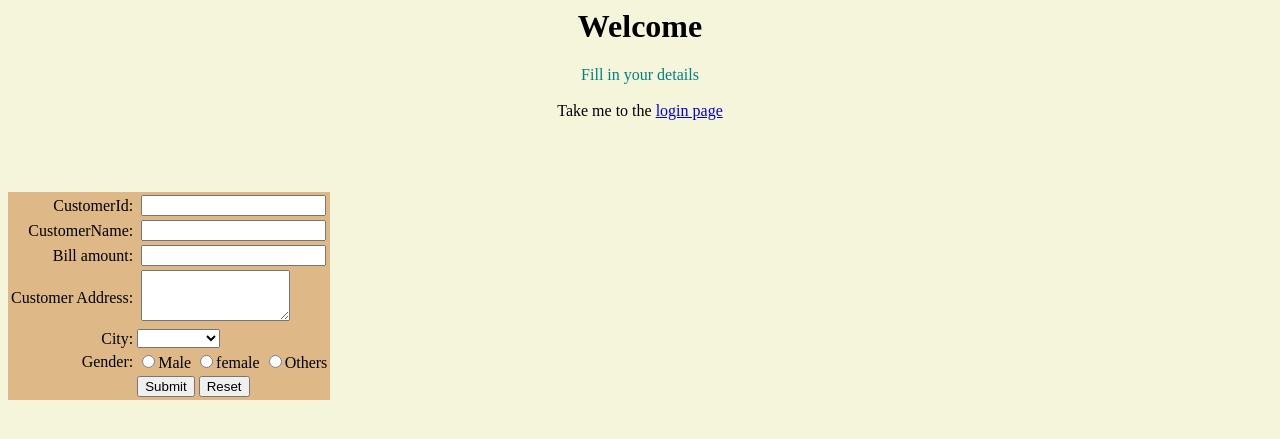
Repository: Rama-13/LaunchPadAllFiles
Page: java-workspace/CustomerJSP/CustomerDetails.html
An editor plug-in stored every save of this project. The page is shown before and after the next save, followed by the edit.
The browser window is 1280 px wide. The pictures show the whole page.

Above is the page before, as saved 2019-07-30 06:02:40.

### java-workspace/CustomerJSP/CustomerDetails.html
<html>

<head>

<h1>Welcome</h1>

</head>

<body bgcolor = "beige" align = "center">

  <font face = "apercu" color = "teal">Fill in your details</font></br></br>

  Take me to the <a href = "Login1.html">login page</a>

  <form action = "https://www.google.com" align = "center">

    <table bgcolor = "burlywood">

  <tr><td align = "right">CustomerId: </td>

    <td>&nbsp;<input type = "text" id="customerId" name= "customerId"></td></tr></br>

  <tr><td align = "right">CustomerName:</td>

    <td>&nbsp;<input type = "text" id = "customerName" name = "customerName"></td></tr></br>

  <tr><td align = "right">Bill amount: </td>

    <td>&nbsp;<input type = "text" id = "billAmount" name = "billAmount"></td></tr>

  <tr><td align = "right" id = "customerAddress" name = "customerAddress">Customer Address:</td>

    <td>&nbsp;<textarea rows = "3" cols="16"></textarea></td></tr>

  <tr><td align = "right">City:</td>&nbsp;<td><select>

    <option></option>

    <option value = "Bangalore">Bangalore</option>

    <option value = "Mumbai">Mumbai</option>

    <option value = "Chennai">Chennai</option>

    <option value = "New Delhi">New Delhi</option>

  </select>

  <tr><td align = "right">Gender:</td><td><input type = "radio" value = "male" name = "male">Male

    <input type = "radio" value = "female" name = "male">female

    <input type = "radio" value = "others" name = "male">Others</td></tr></br>

    <tr><td></td><td><input type = "submit" id = "submit" name = "submit">

    <input type = "reset" id = "reset" name = "reset"></td></tr></br>

</form>

</body>

</html>

After the next save:
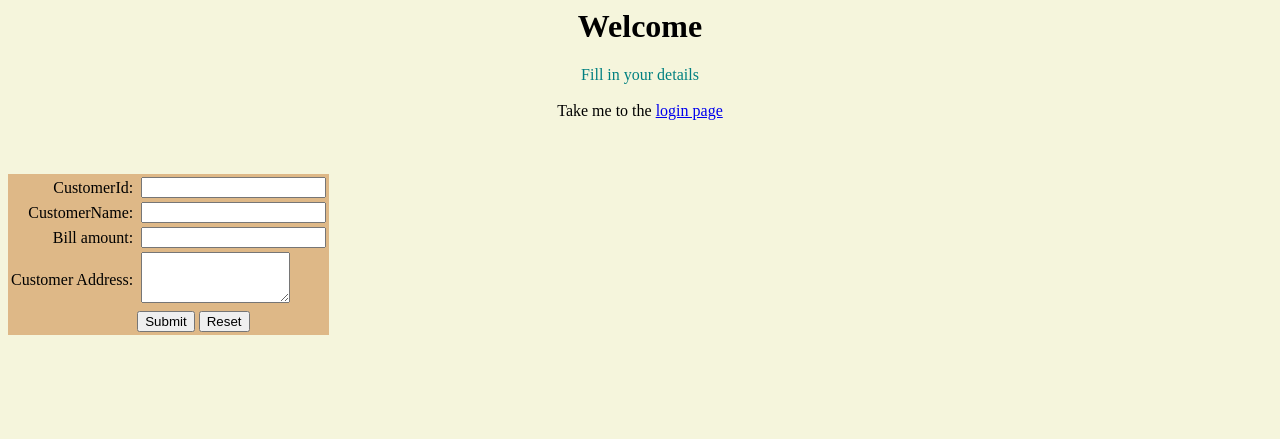
Saved 15 s later.
--- a/java-workspace/CustomerJSP/CustomerDetails.html
+++ b/java-workspace/CustomerJSP/CustomerDetails.html
@@ -32,7 +32,7 @@
 
     <td>&nbsp;<textarea rows = "3" cols="16"></textarea></td></tr>
 
-  <tr><td align = "right">City:</td>&nbsp;<td><select>
+ <!--  <tr><td align = "right">City:</td>&nbsp;<td><select>
 
     <option></option>
 
@@ -51,7 +51,7 @@
     <input type = "radio" value = "female" name = "male">female
 
     <input type = "radio" value = "others" name = "male">Others</td></tr></br>
-
+ -->
     <tr><td></td><td><input type = "submit" id = "submit" name = "submit">
 
     <input type = "reset" id = "reset" name = "reset"></td></tr></br>
